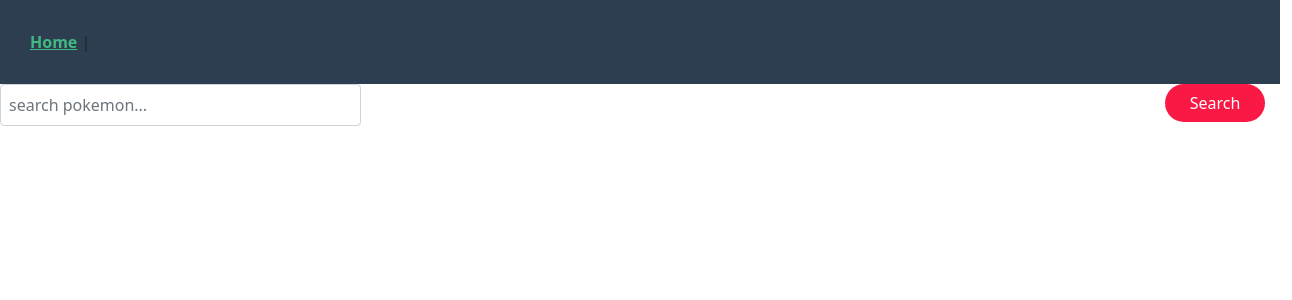
Repository: arif286/PokeDex-website
Page: /
These files come from the project's save history. The page is drawn as it stood at one moment and after the next save; the edit follows.
The browser window is 1280 px wide. The page is 1292 px wide, so the pictures cover 1292 px, including what lies to the right of the window. The pictures show the whole page.
The page's requests for data from a server got no answer. The project was rebuilt for these pictures with package versions that can differ from the ones it lists, and the page was loaded fresh each time. No one was signed in, and anything a server would have sent is missing. Also part of the build but not shown: src/views/About.vue.

Above is the page before, as saved 2021-06-04 01:41:21.

After the next save:
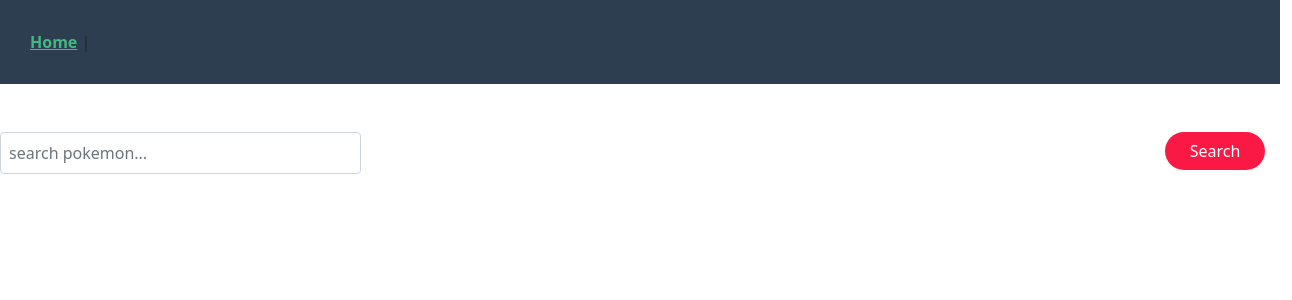
Saved 84 s later.
--- a/src/views/Home.vue
+++ b/src/views/Home.vue
@@ -1,5 +1,5 @@
 <template>
-  <div class="row">
+  <div class="row mb-5 mt-5">
     <div class="d-flex col-md-5 col-lg-4">
       <input
         @keyup="update"
